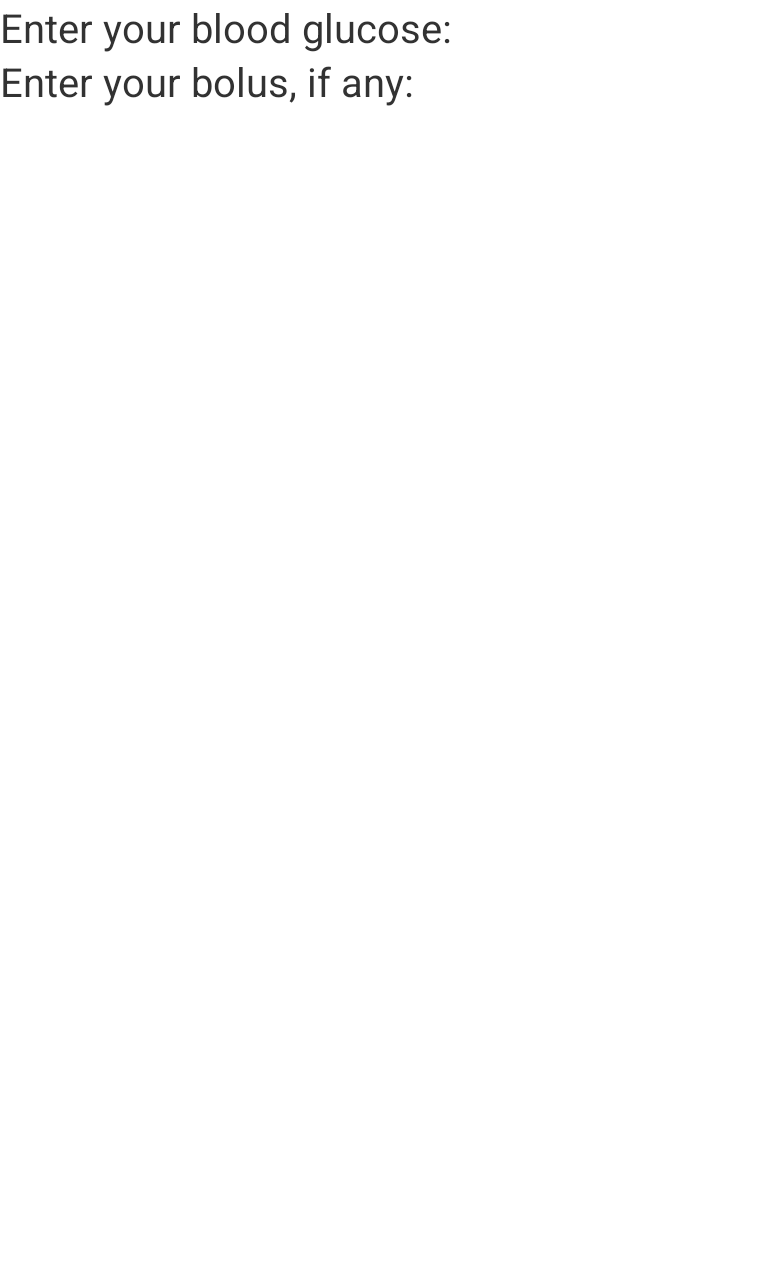
Repository: dekigo/GluNote
Layout: Glunote/res/layout/activity_testing_page.xml
These files come from the project's save history. The layout is drawn as it stood at one moment and after a run of saves; the edit follows.
It is drawn on a 768 x 1280 px phone screen (xhdpi) without system bars, with theme AppTheme; the app's code is not run.

Above is the layout before, as saved 2013-06-08 23:33:14.

After the next 2 saves:
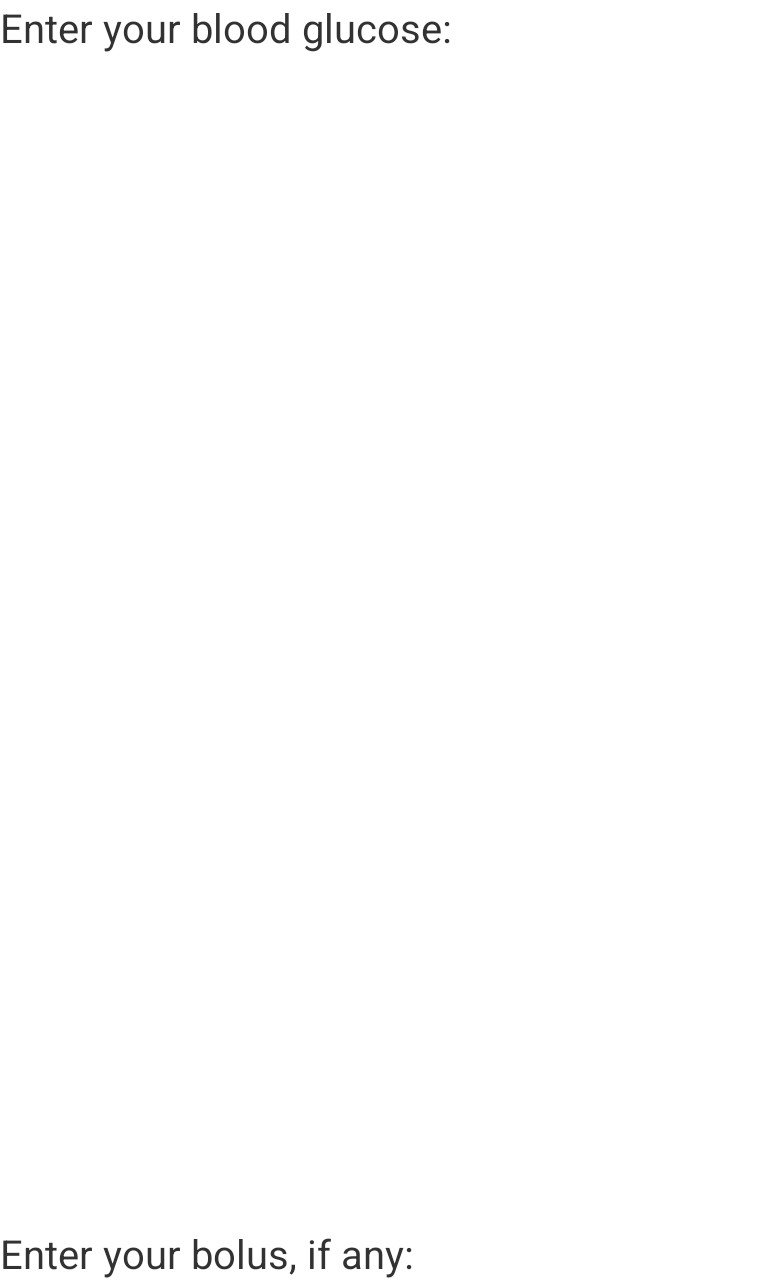
The 2 saves are shown as one change because 1 did not build or start.
The last was saved 9 min 55 s later.
--- a/Glunote/res/layout/activity_testing_page.xml
+++ b/Glunote/res/layout/activity_testing_page.xml
@@ -12,6 +12,13 @@
         android:textSize="20sp"
     />
 
+    <EditText android:id="@+id/Test_Page_Glucose_Amt"
+        android:layout_weight="1"
+        android:layout_width="0dp"
+        android:layout_height="wrap_content"
+    />
+
+
     <TextView
         android:layout_width="wrap_content"
         android:layout_height="wrap_content"
